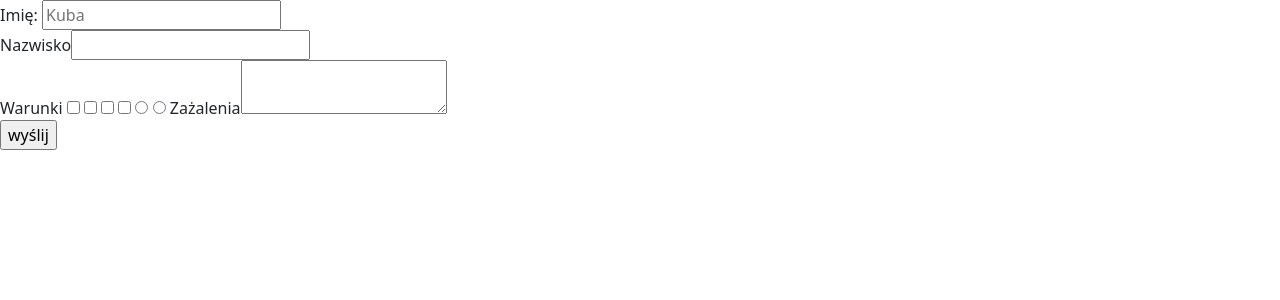
Repository: Gumiin/studia
Page: wykłady/5.05/booststrap/formularze.html
An editor plug-in stored every save of this project. The page is shown before and after the next save, followed by the edit.
The browser window is 1280 px wide. The pictures show the whole page.

Above is the page before, as saved 2021-05-05 14:38:27.

### wykłady/5.05/booststrap/formularze.html
<!DOCTYPE html>
<html lang="en">
<head>
    <meta charset="UTF-8">
    <meta http-equiv="X-UA-Compatible" content="IE=edge">
    <meta name="viewport" content="width=device-width, initial-scale=1.0">
    <title>Document</title>
    <link rel="stylesheet" href="style.css">
    <link href="https://cdn.jsdelivr.net/npm/bootstrap@5.0.0-beta3/dist/css/bootstrap.min.css" rel="stylesheet" integrity="sha384-eOJMYsd53ii+scO/bJGFsiCZc+5NDVN2yr8+0RDqr0Ql0h+rP48ckxlpbzKgwra6" crossorigin="anonymous">
</head>
<body>
    <form action="" method="post" enctype="multipart/form-data">
        <label for="imie">Imię:</label>
        <input type="text" name="imie"id="imie" placeholder="Kuba"><br>
        Nazwisko<input type="text" name="nazwisko"id="nazwisko"><br>
        <!-- <input type="text" name="kod_p"id="kod_p">
        <input type="password" name="" id="">
        <input type="email" name="" id="">
        <input type="radio" name="" id="">
        <input type="file" name="" id="">
        <input type="date" name="" id=""> -->
        <label for="agree">Warunki</label>
        <input type="checkbox" name="agree" id="agree">
        <input type="checkbox" name="agree" id="agree">
        <input type="checkbox" name="agree" id="agree">
        <input type="checkbox" name="agree" id="agree">
        <input type="radio" name="dsa" id="dsad">
        <input type="radio" name="dsa" id="dsad">
        Zażalenia<textarea></textarea><br>
        <input type="submit" value="wyślij">
    </form>
</body>
</html>

Loaded but not shown: wykłady/5.05/booststrap/style.css (no stored copy; drawn as an empty file)

After the next save:
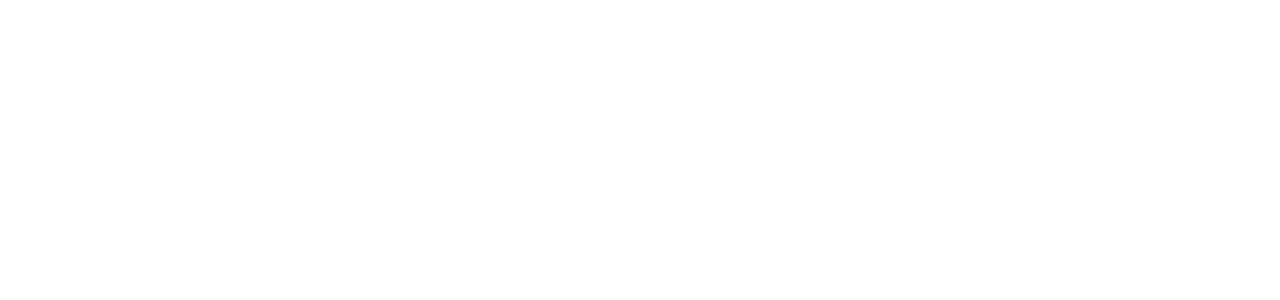
Saved 88 s later.
--- a/wykłady/5.05/booststrap/formularze.html
+++ b/wykłady/5.05/booststrap/formularze.html
@@ -9,25 +9,7 @@
     <link href="https://cdn.jsdelivr.net/npm/bootstrap@5.0.0-beta3/dist/css/bootstrap.min.css" rel="stylesheet" integrity="sha384-eOJMYsd53ii+scO/bJGFsiCZc+5NDVN2yr8+0RDqr0Ql0h+rP48ckxlpbzKgwra6" crossorigin="anonymous">
 </head>
 <body>
-    <form action="" method="post" enctype="multipart/form-data">
-        <label for="imie">Imię:</label>
-        <input type="text" name="imie"id="imie" placeholder="Kuba"><br>
-        Nazwisko<input type="text" name="nazwisko"id="nazwisko"><br>
-        <!-- <input type="text" name="kod_p"id="kod_p">
-        <input type="password" name="" id="">
-        <input type="email" name="" id="">
-        <input type="radio" name="" id="">
-        <input type="file" name="" id="">
-        <input type="date" name="" id=""> -->
-        <label for="agree">Warunki</label>
-        <input type="checkbox" name="agree" id="agree">
-        <input type="checkbox" name="agree" id="agree">
-        <input type="checkbox" name="agree" id="agree">
-        <input type="checkbox" name="agree" id="agree">
-        <input type="radio" name="dsa" id="dsad">
-        <input type="radio" name="dsa" id="dsad">
-        Zażalenia<textarea></textarea><br>
-        <input type="submit" value="wyślij">
-    </form>
+    <table class="table">
+    </table>
 </body>
 </html>

After the save that followed:
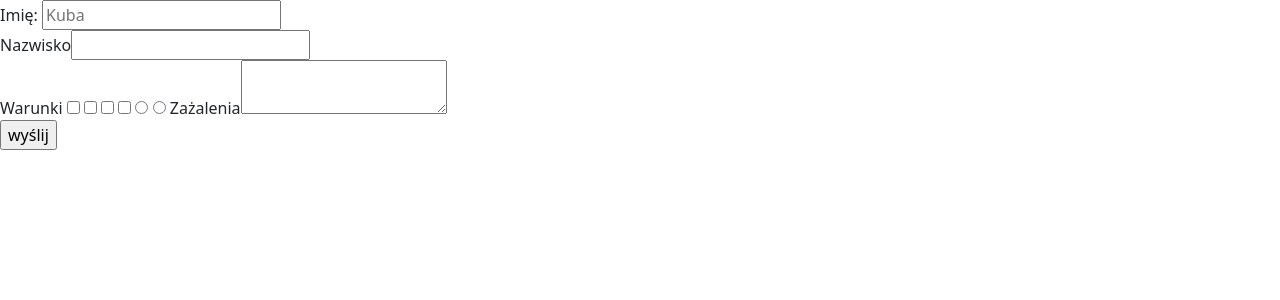
Saved 70 s later.
--- a/wykłady/5.05/booststrap/formularze.html
+++ b/wykłady/5.05/booststrap/formularze.html
@@ -9,7 +9,25 @@
     <link href="https://cdn.jsdelivr.net/npm/bootstrap@5.0.0-beta3/dist/css/bootstrap.min.css" rel="stylesheet" integrity="sha384-eOJMYsd53ii+scO/bJGFsiCZc+5NDVN2yr8+0RDqr0Ql0h+rP48ckxlpbzKgwra6" crossorigin="anonymous">
 </head>
 <body>
-    <table class="table">
-    </table>
+    <form action="" method="post" enctype="multipart/form-data">
+        <label for="imie">Imię:</label>
+        <input type="text" name="imie"id="imie" placeholder="Kuba"><br>
+        Nazwisko<input type="text" name="nazwisko"id="nazwisko"><br>
+        <!-- <input type="text" name="kod_p"id="kod_p">
+        <input type="password" name="" id="">
+        <input type="email" name="" id="">
+        <input type="radio" name="" id="">
+        <input type="file" name="" id="">
+        <input type="date" name="" id=""> -->
+        <label for="agree">Warunki</label>
+        <input type="checkbox" name="agree" id="agree">
+        <input type="checkbox" name="agree" id="agree">
+        <input type="checkbox" name="agree" id="agree">
+        <input type="checkbox" name="agree" id="agree">
+        <input type="radio" name="dsa" id="dsad">
+        <input type="radio" name="dsa" id="dsad">
+        Zażalenia<textarea></textarea><br>
+        <input type="submit" value="wyślij">
+    </form>
 </body>
 </html>
